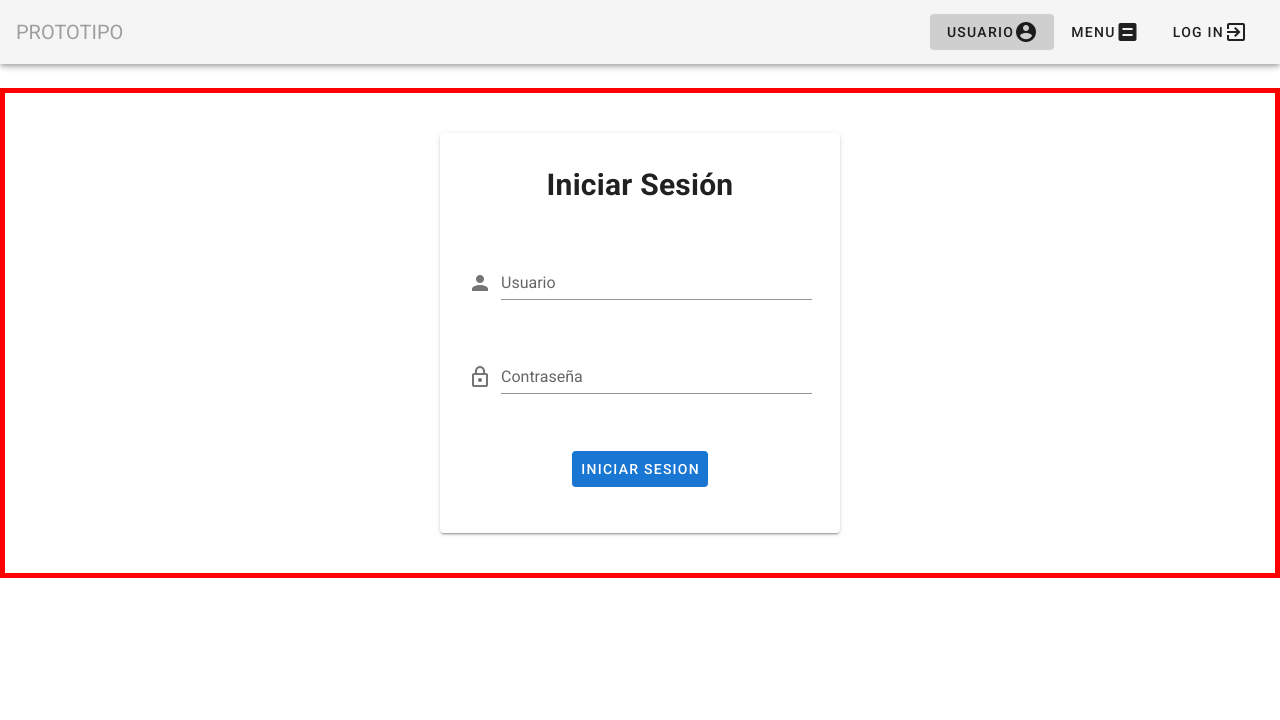
Repository: YojayDeHorta/Administrador-con-filtros
Page: /
An editor plug-in stored every save of this project. The page is shown before and after the next save, followed by the edit.
The browser window is 1280 px wide. The pictures show the whole page.
The project was rebuilt for these pictures with package versions that can differ from the ones it lists, and the page was loaded fresh each time. Also part of the build but not shown: vue.config.js, src/views/Options.vue, src/components/Filtro.vue, src/components/CrudClientes.vue, src/views/Filter.vue.

Above is the page before, as saved 2021-09-25 17:11:13.

After the next save:
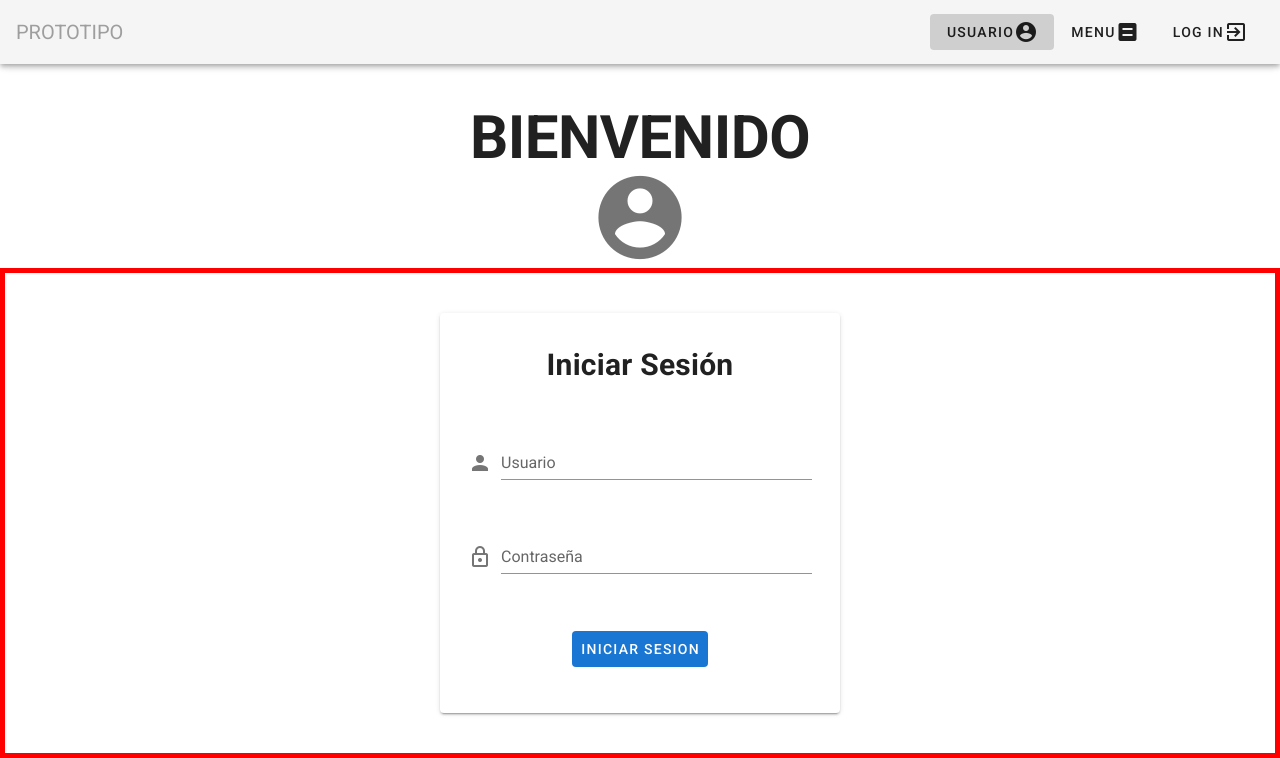
Saved 18 s later.
--- a/src/views/Login.vue
+++ b/src/views/Login.vue
@@ -1,6 +1,9 @@
 <template>
     <div class="Marco">
-        <h1></h1>
+        <h1 class="Titulo text-center font-weight-bold text-h2 basil--text mt-5">
+            BIENVENIDO<br>
+            <v-icon class="Filtrar" style="font-size:100px">mdi-account-circle</v-icon>
+        </h1>
         <div class="Marco_Login d-flex justify-center">
             <v-card class="mt-10 mb-10" height="400px" style="width: 400px">
                 <v-form class="text-center" @submit.prevent="submitAdmin">
